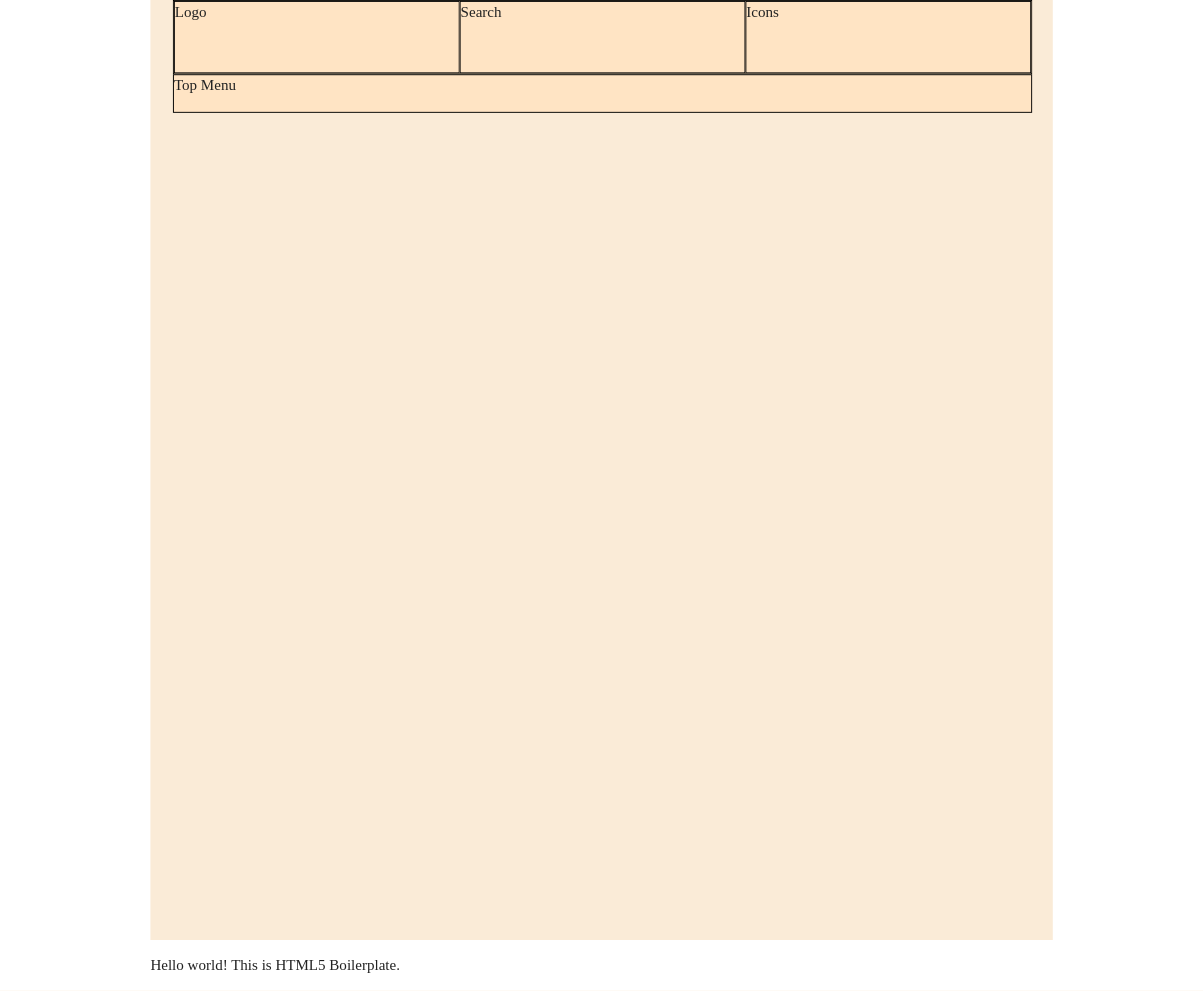
Repository: giovanabirck/cover-magazine-giovanabirck
Page: index.html
These files come from the project's save history. The page is drawn as it stood at one moment and after a run of saves; the edit follows.
The browser window is 1280 px wide. The pictures show the whole page, at 94% of full size.

Above is the page before, as saved 2023-01-13 17:00:52.

After the next 3 saves:
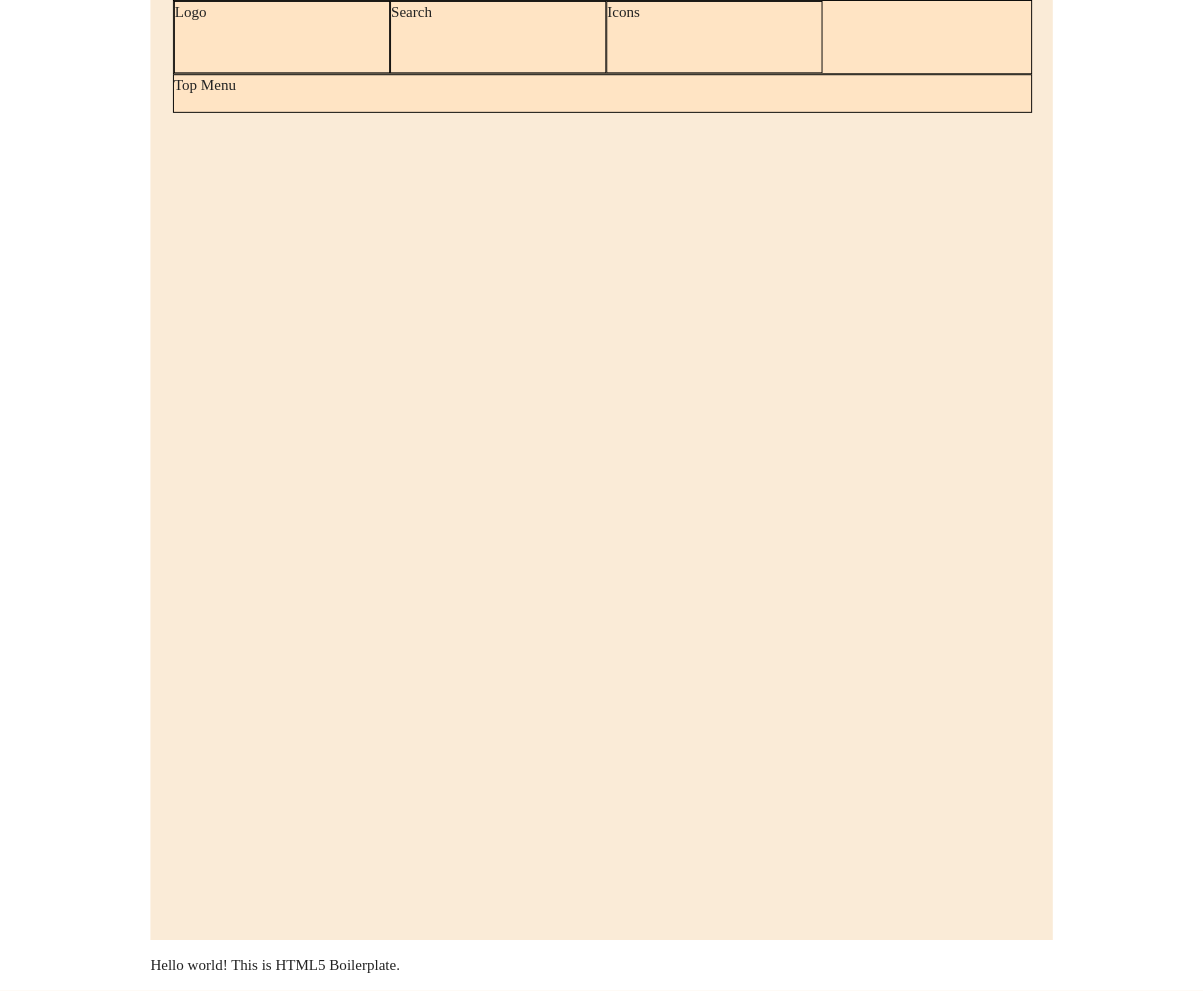
The 3 saves are shown as one change because they came seconds apart.
The last was saved 21 s later.
--- a/css/main.css
+++ b/css/main.css
@@ -290,19 +290,19 @@
 .header-content-logo{
   background-color: bisque;
   border: solid 1px black;
-  width: 100%;
+  width: 25%;
 }
 
 .header-content-search{
   background-color: bisque;
   border: solid 1px black;
-  width: 100%;
+  width: 25%;
 }
 
 .header-content-icons{
   background-color: bisque;
   border: solid 1px black;
-  width: 100%;
+  width: 25%;
 }
 
 .header-menu{
